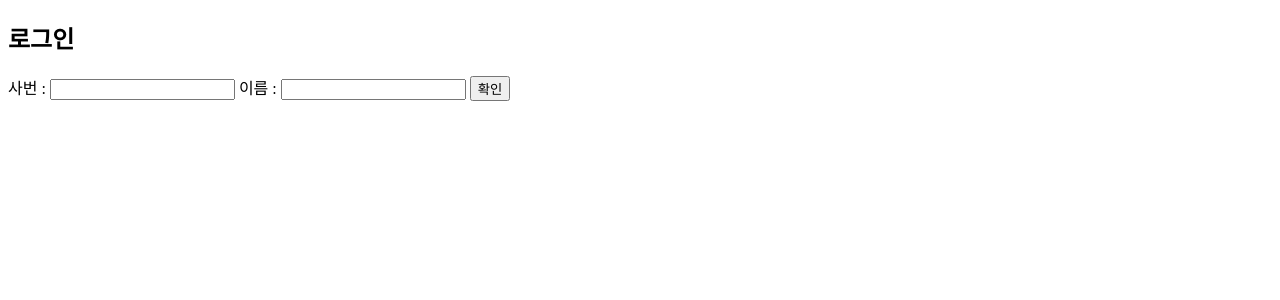
Repository: offbr/Spring
Page: http://localhost/spring_mvc19_json_ex/login.jsp
These files come from the project's save history. The page is drawn as it stood at one moment and after the next save; the edit follows.
The browser window is 1280 px wide. The pictures show the whole page.
The page is served by Tomcat 9. Nobody is signed in. The application's start-up code is not run.

Above is the page before, as saved 2016-10-14 07:39:43.

After the next save:
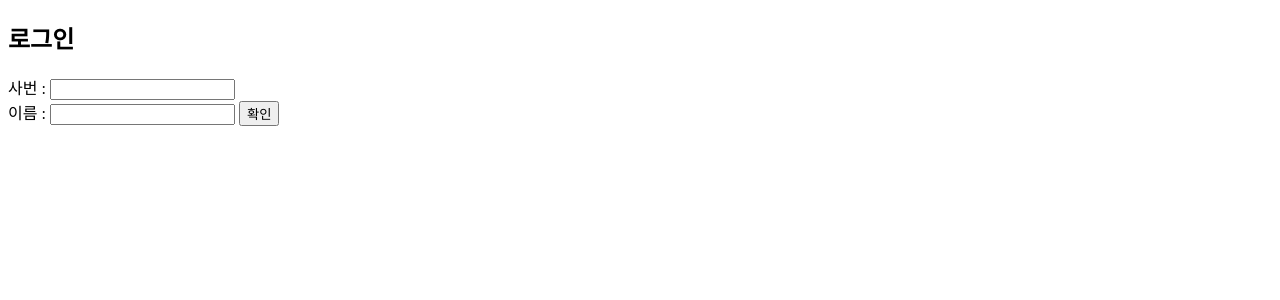
Saved 22 s later.
--- a/spring_mvc19_json_ex/src/main/webapp/login.jsp
+++ b/spring_mvc19_json_ex/src/main/webapp/login.jsp
@@ -9,7 +9,7 @@
 <body>
 <h2>로그인</h2>
 <form action="login" method="post">
-사번 : <input type="text" name="sawon_no">
+사번 : <input type="text" name="sawon_no"><br>
 이름 : <input type="text" name="sawon_name">
 <input type="submit" value="확인">
 </form>
